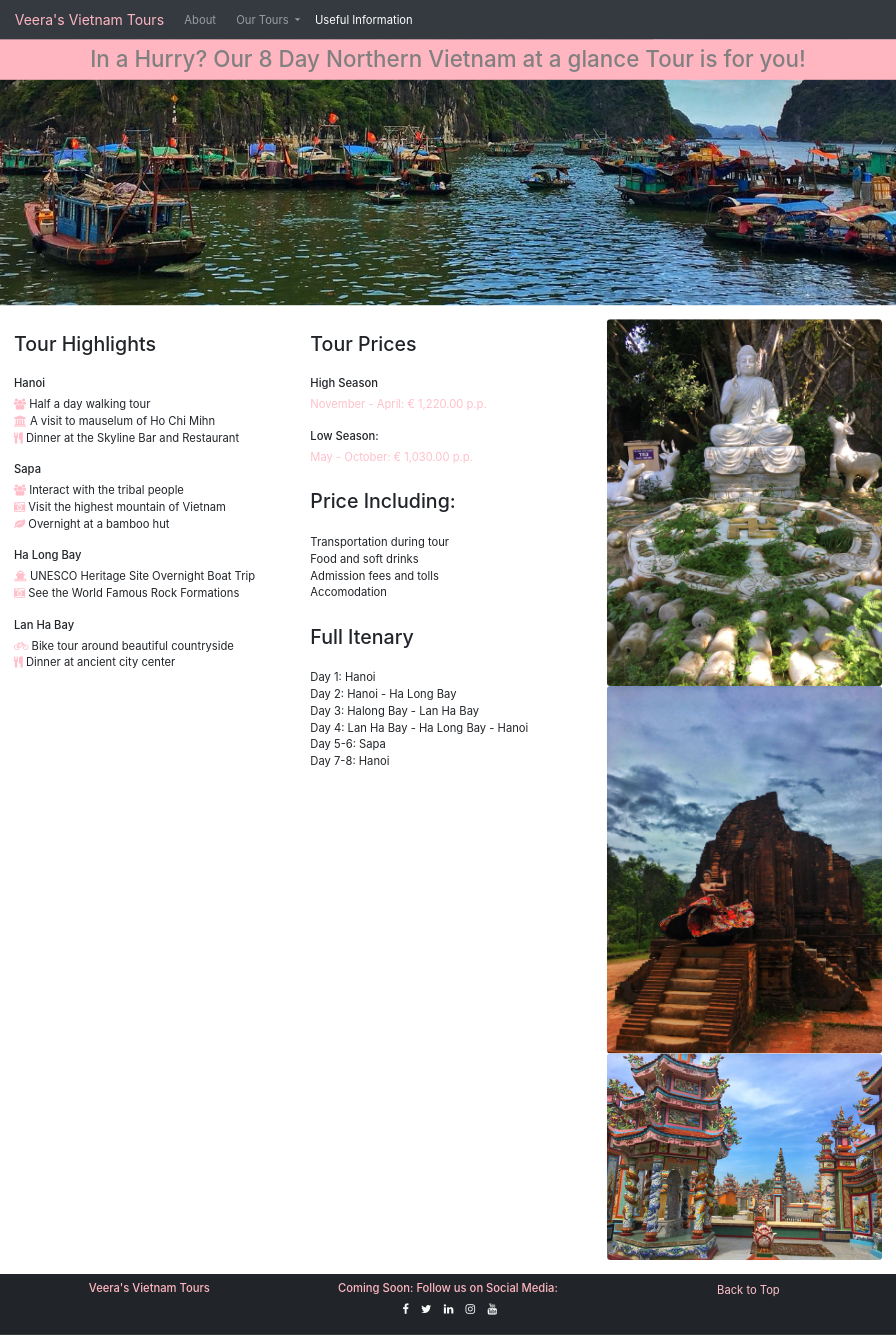
Repository: VAhola/VietnamTour
Page: 8d.html
The author's editor kept a record of every edit. The page is drawn from the files as they stood at one moment, then again after the next edit.
The browser window is 1280 px wide. The pictures show the whole page, at 70% of full size.

Above is the page before.

After the next edit:
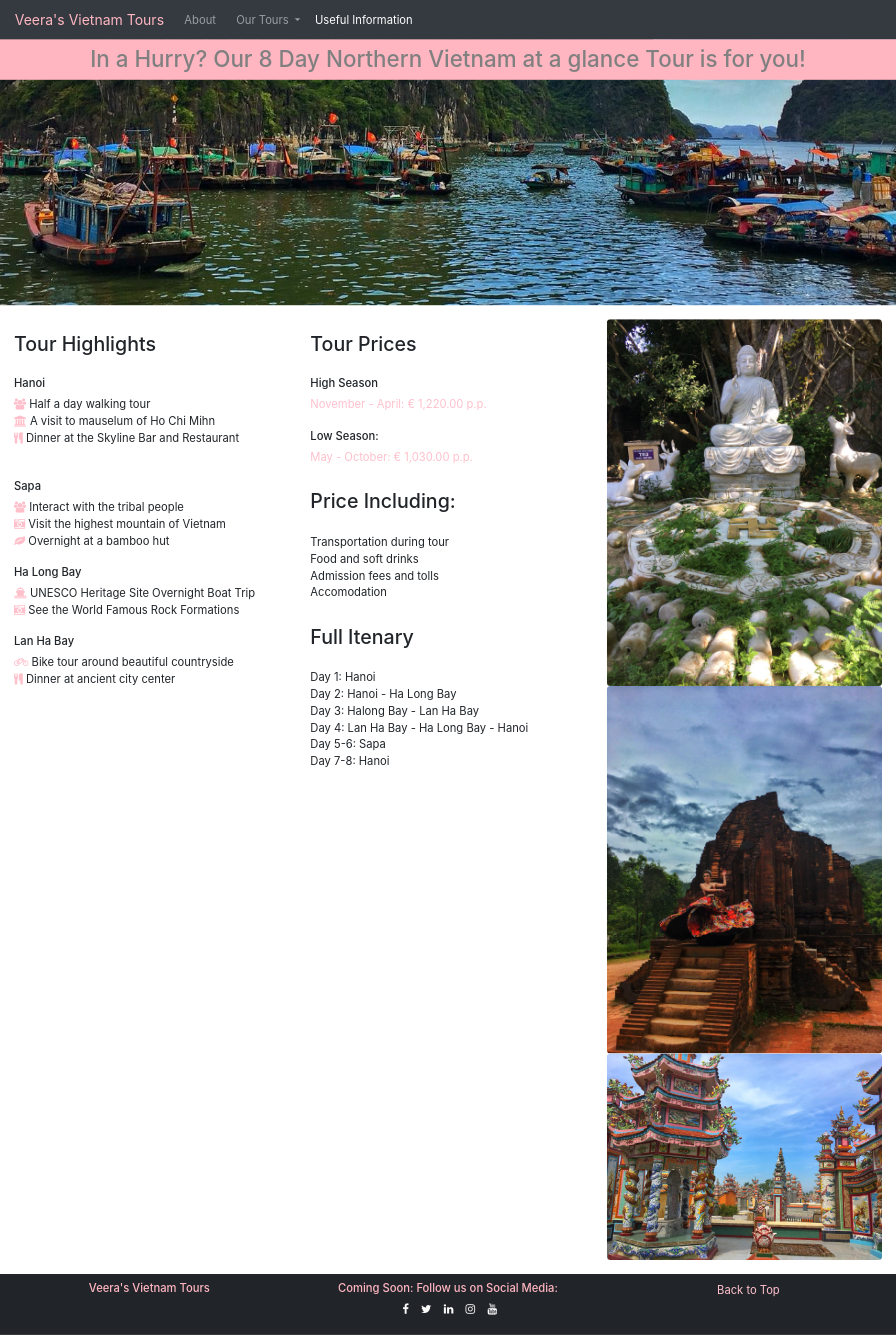
The edit:
--- a/8d.html
+++ b/8d.html
@@ -60,7 +60,7 @@
                  <i class="fa fa-cutlery pink" aria-hidden="true"></i>
                  Dinner at the Skyline Bar and Restaurant
             </li><br>
-            <li>
+            <li><br>
                 <h6>Sapa</h6>
                 <i class="fa fa-users pink" aria-hidden="true"></i>
                  Interact with the tribal people<br>
